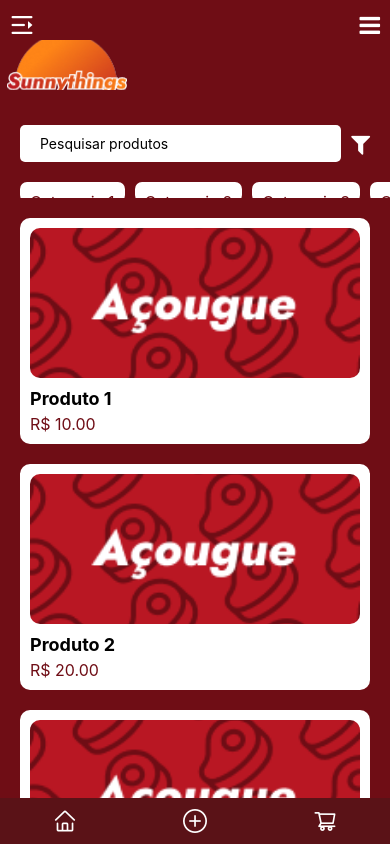
Repository: Luizzzin/SuperMercado
Screen: / (app in suny/)
An editor plug-in stored every save of this project. The screen is shown before and after the next save, followed by the edit.
An inner scrolling area shows only its first screen. The app was drawn by React Native's web renderer in a window 390 px wide. The project was rebuilt for these pictures with package versions that can differ from the ones it lists, and the page was loaded fresh each time.

Above is the screen before, as saved 2024-05-09 20:09:10.

After the next save:
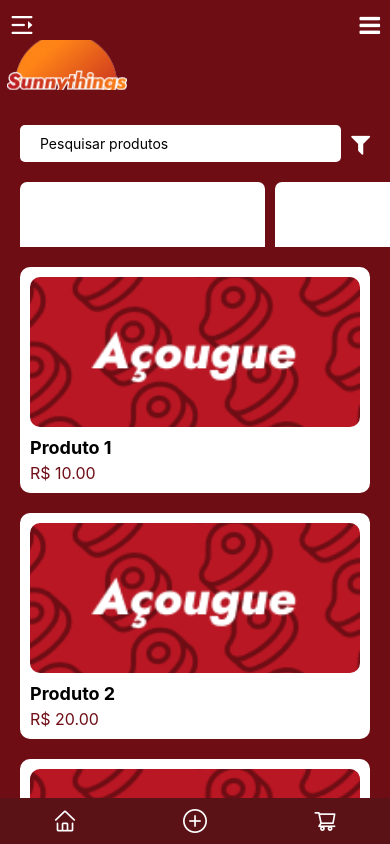
Saved 41 s later.
--- a/suny/HomeScreen.js
+++ b/suny/HomeScreen.js
@@ -114,7 +114,7 @@
   },
   categoryItem: {
     marginRight: 10,
-    padding: 10,
+    padding: 80,
     backgroundColor: 'white',
     borderRadius: 7,
   },
